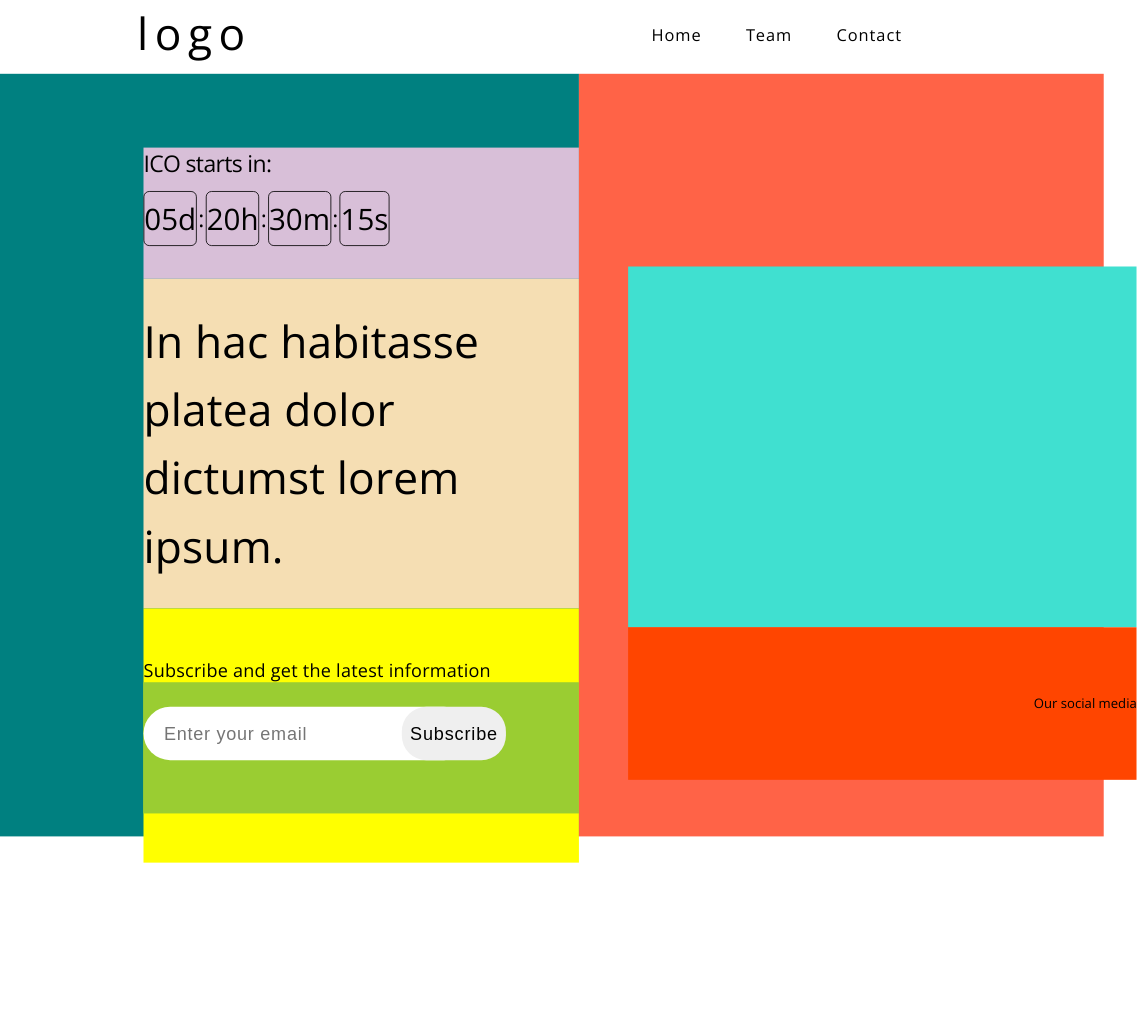
Repository: McGregorSt/newOne
Page: index.html
These files come from the project's save history. The page is drawn as it stood at one moment and after the next save; the edit follows.
The browser window is 1280 px wide. The page is 1386 px wide, so the pictures cover 1386 px, including what lies to the right of the window. The pictures show the whole page, at 82% of full size.

Above is the page before, as saved 2019-12-13 19:00:32.

After the next save:
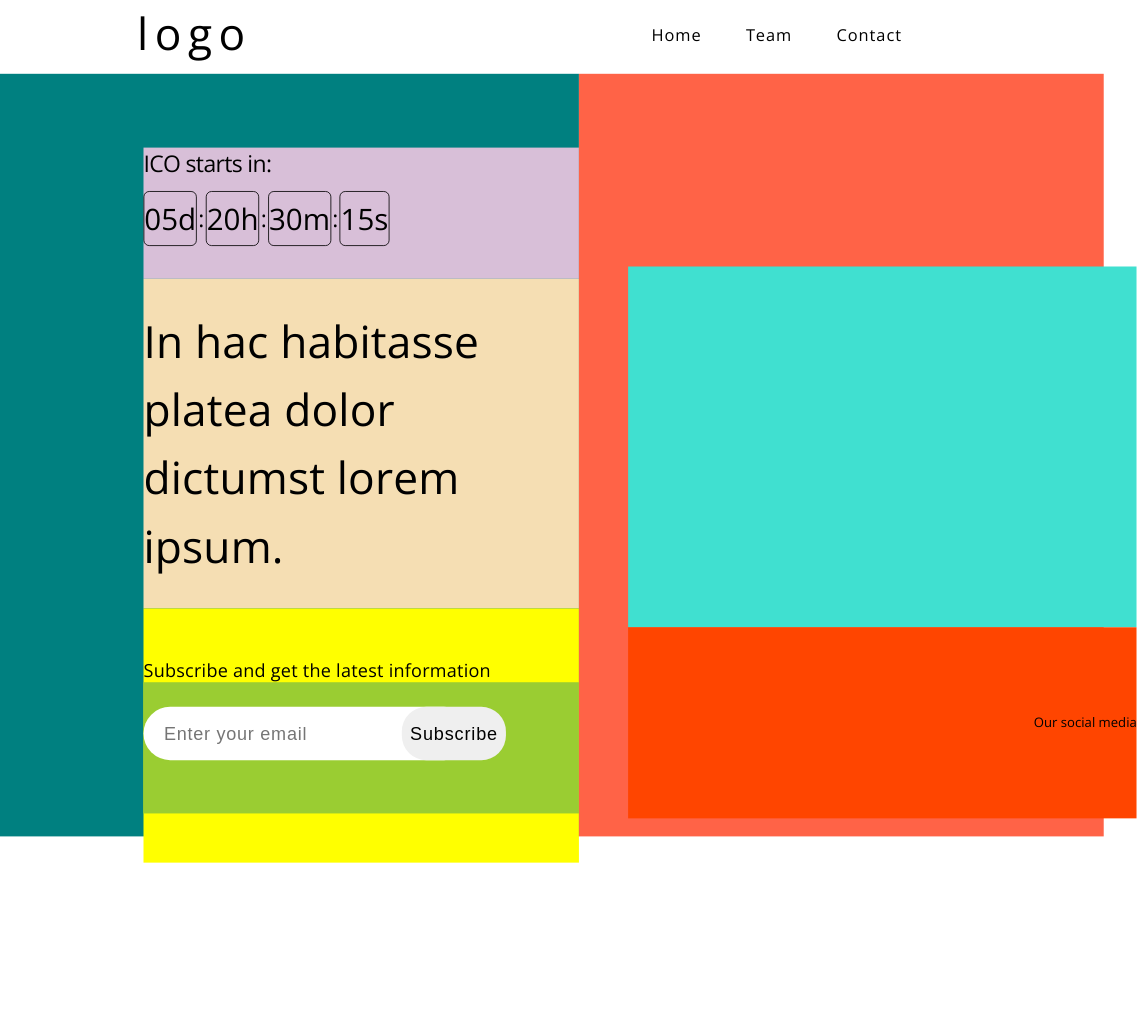
Saved 12 s later.
--- a/css/style.css
+++ b/css/style.css
@@ -138,7 +138,7 @@ body {
 }
 .media__social {
   width: 620px;
-  height: 20%;
+  height: 25%;
   display: flex;
   flex-direction: column;
   align-items: flex-end;
